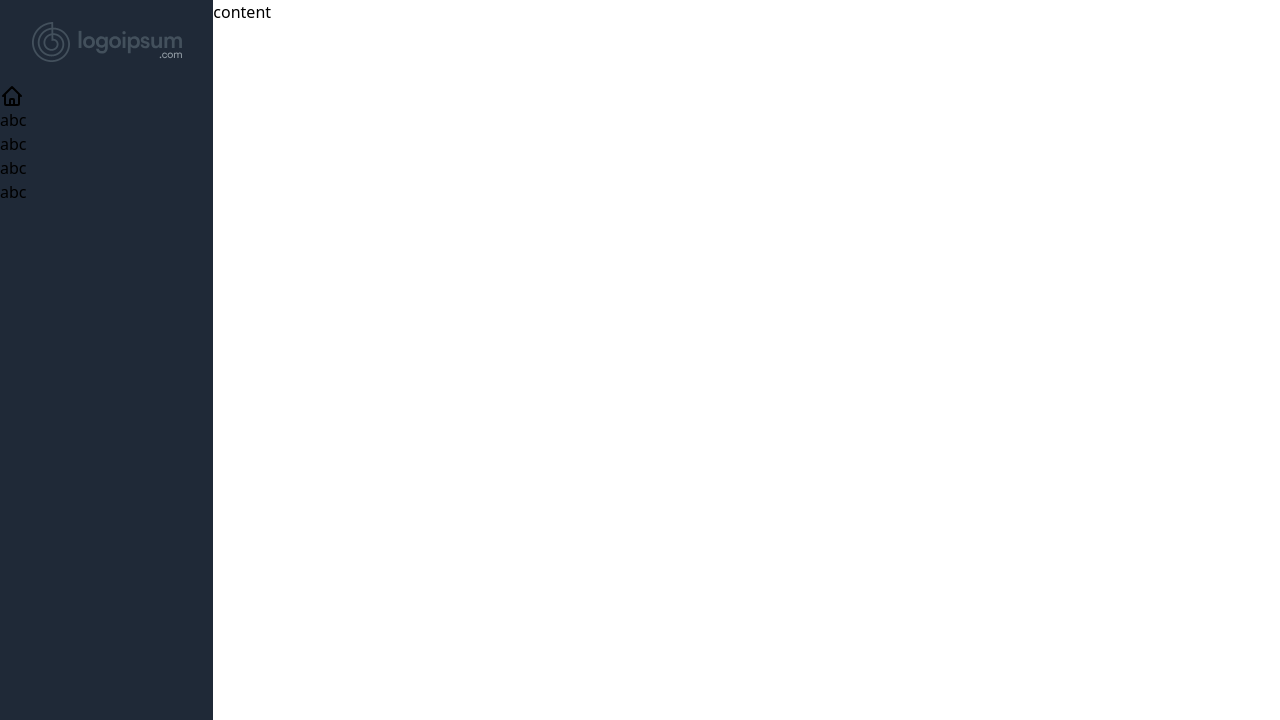
Repository: daskafa/Lavue-ui
Page: /admin
These files come from the project's save history. The page is drawn as it stood at one moment and after the next save; the edit follows.
The browser window is 1280 px wide. The pictures show the whole page.
The project was rebuilt for these pictures with package versions that can differ from the ones it lists, and the page was loaded fresh each time. Also part of the build but not shown: src/views/Homepage.vue.

Above is the page before, as saved 2022-02-21 23:14:44.

After the next save:
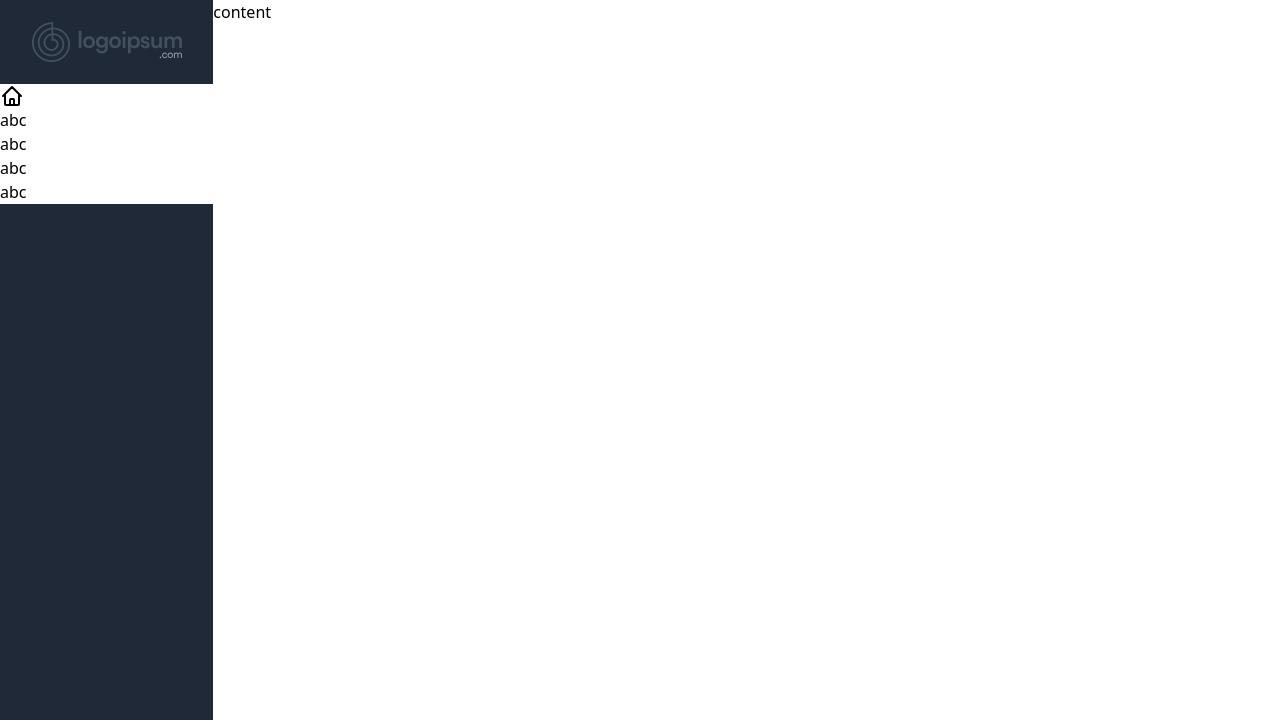
Saved 22 s later.
--- a/src/components/Sidebar.vue
+++ b/src/components/Sidebar.vue
@@ -56,7 +56,7 @@
 };
 </script>
 <style scoped>
-    .sidebar-munu-items{
+    .sidebar-menu-items{
         background: #fff;
     }
 </style>

After the save that followed:
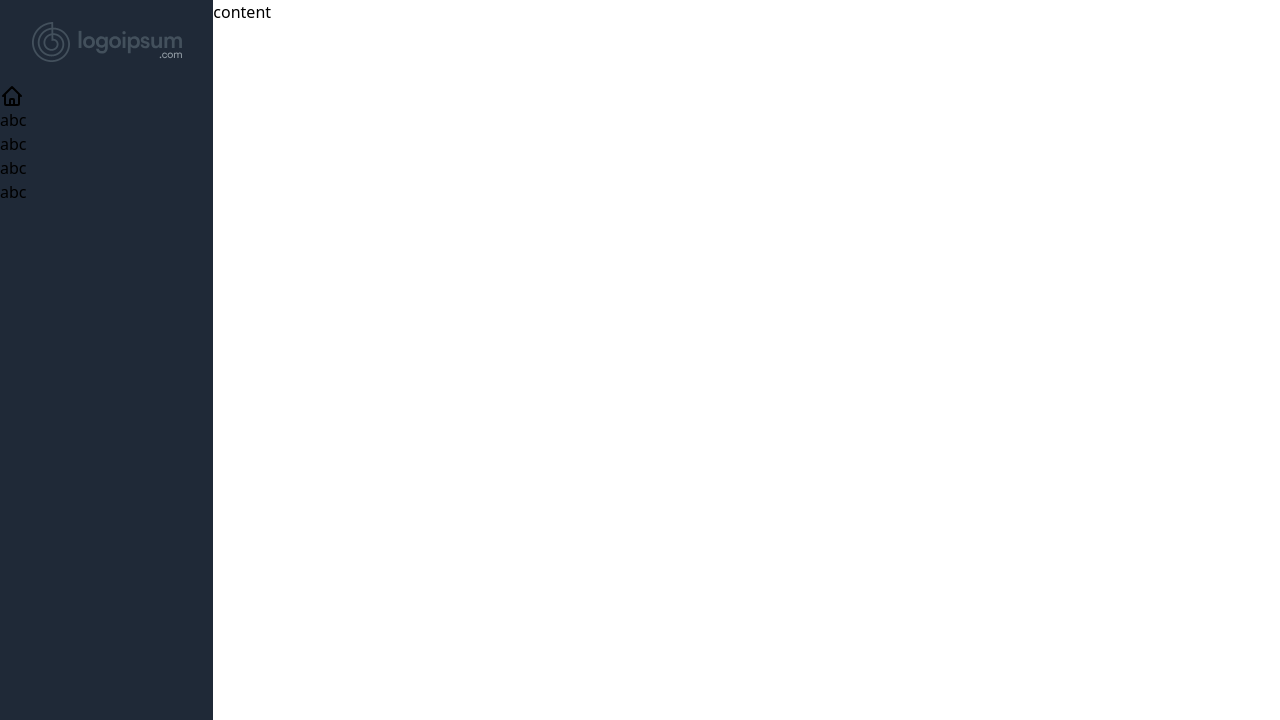
Saved 15 s later.
--- a/src/components/Sidebar.vue
+++ b/src/components/Sidebar.vue
@@ -57,6 +57,6 @@
 </script>
 <style scoped>
     .sidebar-menu-items{
-        background: #fff;
+
     }
 </style>
